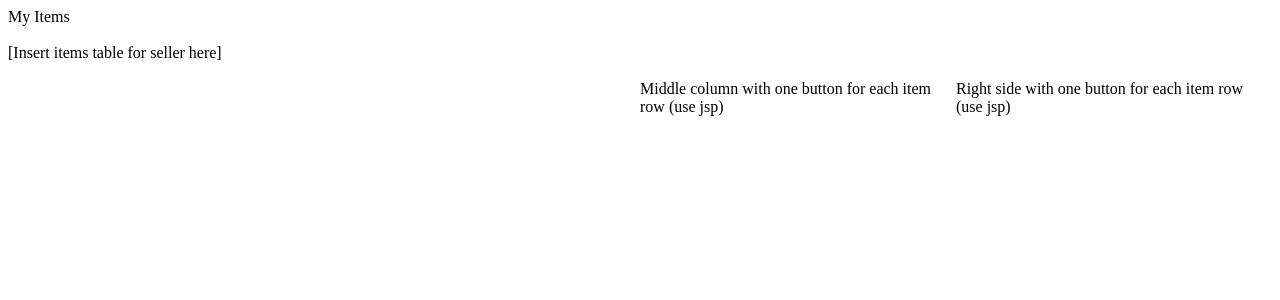
Repository: divergentArrow/Databases
Page: http://localhost/cs336project/seller.jsp
These files come from the project's save history. The page is drawn as it stood at one moment and after the next save; the edit follows.
The browser window is 1280 px wide. The pictures show the whole page.
The page is served by Tomcat 9.

Above is the page before, as saved 2019-04-14 20:33:35.

After the next save:
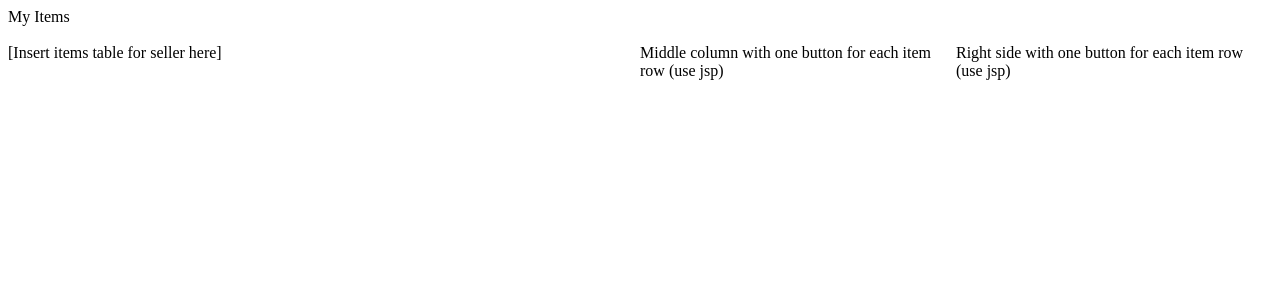
Saved 18 s later.
--- a/cs336project/WebContent/seller.jsp
+++ b/cs336project/WebContent/seller.jsp
@@ -20,11 +20,9 @@
         	</div>
         	<div style="width: 300px; display: table-cell;">
         		<br></br>
-        		<br></br>
         		Middle column with one button for each item row (use jsp)
         	</div>
         	<div style="width: 300px; display: table-cell;">
-        		<br></br>
         		<br></br>
         		Right side with one button for each item row (use jsp)
         	</div>
